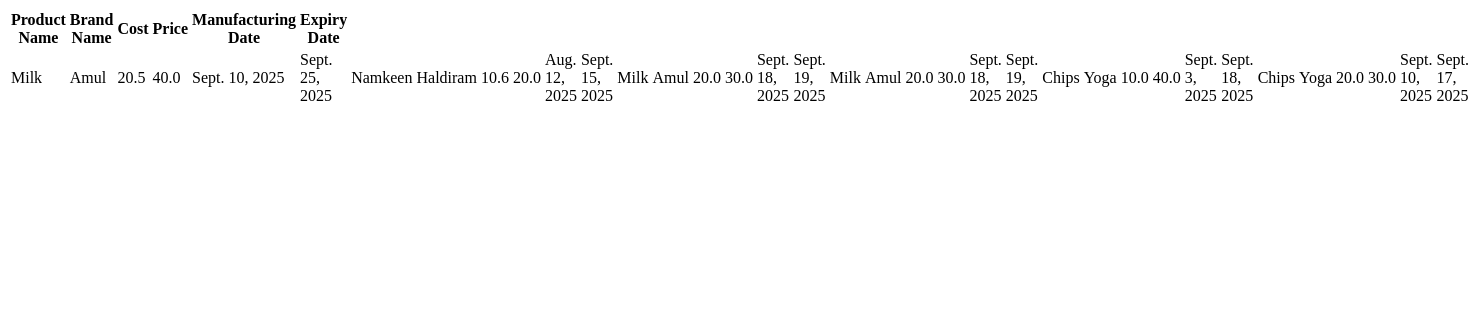
Repository: gautamsonam011/CMS
Page: http://localhost/getgroduct/
An editor plug-in stored every save of this project. The page is shown before and after the next save, followed by the edit.
The browser window is 1280 px wide. The page is 1472 px wide, then 1280 px, so the pictures cover 1472 px, including what lies to the right of the window. The pictures show the whole page.
The page is served by the project's application, run on Django 5.2 (manage.py). Other server files are loaded and not shown. The page reads the database file committed with the project.

Above is the page before, as saved 2025-09-12 11:44:49.

### templates/getProduct.html
<!DOCTYPE html>
<html lang="en">
<head>
    <meta charset="UTF-8">
    <meta name="viewport" content="width=device-width, initial-scale=1.0">
    <title>Get All Products</title>
    <style>
        table{
            width:500px;
            height:auto;
        }
    </style>
</head>
<body>
    <form action="" method="post">
        {% csrf_token %}

        <table>
            <thead>
            <tr>
                <th>Product Name</th>
                <th>Brand Name</th>
                <th>Cost</th>
                <th>Price</th>
                <th>Manufacturing Date</th>
                <th>Expiry Date</th>
            </tr>
            </thead>
            <tbody>
            <tr>
                {% for i in products %}
                <td>{{i.productName}}</td>
                <td>{{i.brandName}}</td>
                <td>{{i.cost}}</td>
                <td>{{i.price}}</td>
                <td>{{i.manu_date}}</td>
                <td>{{i.exp_date}}</td>
                {% endfor %}
            </tr>
            </tbody>
        </table>
    </form>

</body>
</html>

### CMS/views.py
# Here write your logical code
# This is a business logic layer
from django.http import HttpResponse, JsonResponse
from django.shortcuts import render, get_object_or_404
from SDM.models import GroceryProducts
import json

def client_request_response(request):
    return HttpResponse("<h1>Hello Django Project</h1>")

def request_add_two_numbers(request):
    return HttpResponse("<h1>Add two numbers and sum = 78 </h1>")

def request_message(request):
    return HttpResponse("<h1>'Message type content' refers to either the actual data or text within a message (the content of the message) or, in a technical context, the definition of the structure and type of data a message can hold, such as MIME message types, SAP message types, or message types in programming languages like Java. The specific meaning depends on whether you're talking about the message's substance or its programmatic definition and structure. </h1>")

def my_first_template(request):
    return render(request, 'firstfile.html')

def my_home_page(request):
    return render(request, 'home.html')

def my_about_page(request):
    if request.method == "POST":
        print(request.POST)

        name = request.POST.get("name")
        d = {
            'name': name
        }
        return render(request, "about.html", context=d)

# def my_about_page(request):
    # if request.method == "POST":
    #     print(request.POST)

    #     name = request.POST.get("name")
    #     d = {
    #         'name': name
    #     }
    #     return render(request, "about.html", context=d)

    # # Handle GET request
    # return render(request, "about.html")


def calculator_view(request):
    expression = ""
    result = ""

    if request.method == "POST":
        expression = request.POST.get("expression", "")

        if "btn" in request.POST:
            expression += request.POST["btn"]

        elif "clear" in request.POST:
            expression = ""
            result = ""

        elif "equal" in request.POST:
            try:
                result = str(eval(expression))
                expression = result
            except:
                result = "Error"
                expression = ""

    return render(request, "calculator.html", {"expression": expression, "result": result})

def dtl_func(request):
    a = 67
    b = 87
    sum = a+b
    l = ["Python", "Java", "PHP", "C#","HTML"]

    student_name = ["Ram", "Ankit", "Raj", "Geeta", "Rita"]
    student_age = [14, 13, 15, 16, 14]
    student_address = ["Delhi", "Kanpur", "Pune", "Mumbai", "Kolkata"]

    students = zip(student_name, student_age, student_address)
    d = {
        'sum':sum,
        'techno': l,
        'students': students,
        }
    return render(request, 'dtl.html', d)


def create_view(request):
    if request.method == "POST":

        try:
            data = json.loads(request.body)

            grocery = GroceryProducts.objects.create(**data)

            return JsonResponse({
                'productName': grocery.productName,
                'brandName': grocery.brandName,
                'cost': grocery.cost,
                'price': grocery.price,
                'manu_date': grocery.manu_date,
                'exp_date': grocery.exp_date,

            }, status = 201)

        except Exception as e:
            return JsonResponse({'error': str(e)}, status=400)

    return JsonResponse({'error': 'Only POST method allowed'}, status = 405)

# CRUD
# Create query

def save_product(request):
    if request.method == "POST":
        productName = request.POST.get('productName')
        brandName = request.POST.get('brandName')
        cost = request.POST.get('cost')
        price = request.POST.get('price')
        manu_date = request.POST.get('manu_date')
        exp_date = request.POST.get('exp_date')

        GroceryProducts.objects.create(
            productName = productName,
            brandName = brandName,
            cost = cost,
            price = price,
            manu_date = manu_date,
            exp_date = exp_date

        )

        return HttpResponse("Product saved successfully!")
    return render(request, 'products.html')

def update_product(request, product_id):
    if request.method == "POST":
        productName = request.POST.get('productName')
        brandName = request.POST.get('brandName')
        cost = request.POST.get('cost')
        price = request.POST.get('price')
        manu_date = request.POST.get('manu_date')
        exp_date = request.POST.get('exp_date')

        product = get_object_or_404(GroceryProducts, id = product_id)

        product.productName = productName
        product.brandName = brandName
        product.cost = cost
        product.price = price
        product.manu_date = manu_date
        product.exp_date = exp_date

        return HttpResponse("Product updated successfully!")
    product = get_object_or_404(GroceryProducts, id = product_id)
    return render(request, 'updateProduct.html', {'product':product})

def get_product(request):
    products = GroceryProducts.objects.all()

    return render(request, 'getProduct.html',{'products':products})

### SDM/models.py
from django.db import models

# Create your models here.

class Customer(models.Model):
    firstname = models.CharField(max_length=20)
    lastname = models.CharField(max_length=20)
    mobileNumber = models.IntegerField(max_length=12)
    address = models.CharField(max_length=100)

class Member(models.Model):
    memName = models.CharField(max_length=20)
    jobRole = models.CharField(max_length=20)
    mobileNumber = models.IntegerField(max_length=12)
    address = models.CharField(max_length=100)
    joined_date = models.DateField(null=True)

    def __str__(self):
        return f"{self.memName}"

class GroceryProducts(models.Model):
    productName = models.CharField(max_length=70)
    brandName = models.CharField(max_length=70)
    cost = models.FloatField(null = True)
    price = models.FloatField(null = True)
    manu_date = models.DateField(null = True)
    exp_date = models.DateField(null = True)


    def __str__(self):
        return f"{self.productName}"

### CMS/urls.py

from django.contrib import admin
from django.urls import path
from . import views

urlpatterns = [
    path('admin/', admin.site.urls),
    path("client/", views.client_request_response),
    path("add/", views.request_add_two_numbers),
    path('message/', views.request_message),
    path('first/', views.my_first_template),
    path('home/', views.my_home_page),
    path('about/', views.my_about_page),
    path('calculator/', views.calculator_view),
    path('dtl/', views.dtl_func),
    path('postapi/', views.create_view),
    path('create/', views.save_product),
    path('update/<int:product_id>/', views.update_product),
    path('getgroduct/', views.get_product),
]

### db.sqlite3 (the tables this page reads, as SQL)
CREATE TABLE "SDM_groceryproducts" ("id" integer NOT NULL PRIMARY KEY AUTOINCREMENT, "productName" varchar(70) NOT NULL, "brandName" varchar(70) NOT NULL, "cost" real NULL, "price" real NULL, "manu_date" date NULL, "exp_date" date NULL);
INSERT INTO "SDM_groceryproducts" VALUES
(2, 'Milk', 'Amul', 20.5, 40.0, '2025-09-10', '2025-09-25'),
(3, 'Namkeen', 'Haldiram', 10.6, 20.0, '2025-08-12', '2025-09-15'),
(4, 'Milk', 'Amul', 20.0, 30.0, '2025-09-18', '2025-09-19'),
(5, 'Milk', 'Amul', 20.0, 30.0, '2025-09-18', '2025-09-19'),
(6, 'Chips', 'Yoga', 10.0, 40.0, '2025-09-03', '2025-09-18'),
(7, 'Chips', 'Yoga', 20.0, 30.0, '2025-09-10', '2025-09-17');

After the next save:
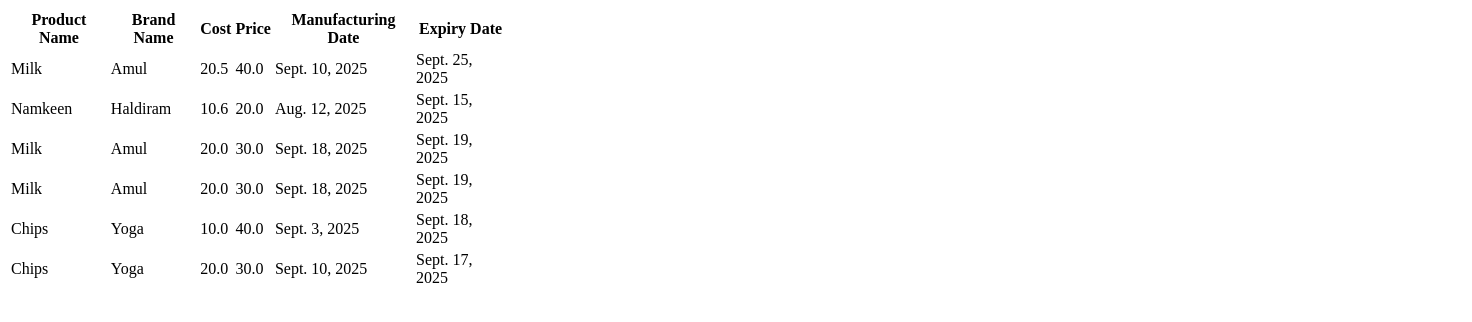
Saved 36 s later.
--- a/templates/getProduct.html
+++ b/templates/getProduct.html
@@ -27,16 +27,17 @@
             </tr>
             </thead>
             <tbody>
+                {% for i in products %}
             <tr>
-                {% for i in products %}
                 <td>{{i.productName}}</td>
                 <td>{{i.brandName}}</td>
                 <td>{{i.cost}}</td>
                 <td>{{i.price}}</td>
                 <td>{{i.manu_date}}</td>
                 <td>{{i.exp_date}}</td>
-                {% endfor %}
+
             </tr>
+            {% endfor %}
             </tbody>
         </table>
     </form>
